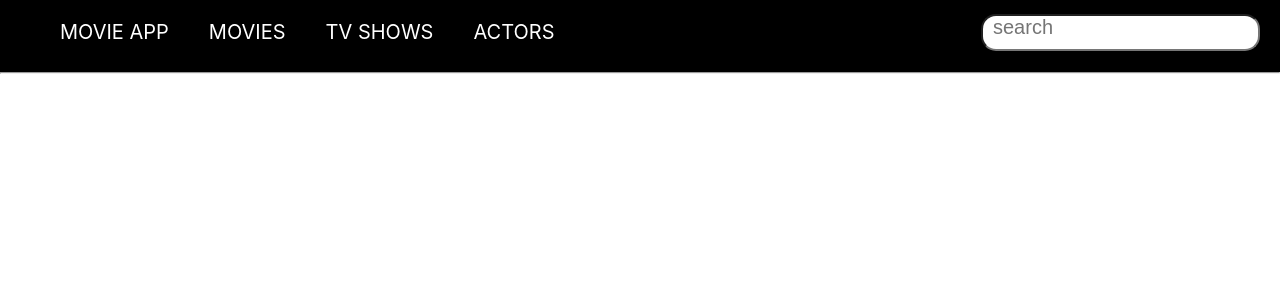
Repository: manahiang/MovieMana
Page: / (app in src/)
An editor plug-in stored every save of this project. The page is shown before and after the next save, followed by the edit.
The browser window is 1280 px wide. The pictures show the whole page.
The project was rebuilt for these pictures with package versions that can differ from the ones it lists, and the page was loaded fresh each time. Also part of the build but not shown: src/src/App.css.

Above is the page before, as saved 2022-11-14 10:52:10.

### src/src/index.css
body {
  margin: 0;
  font-family: -apple-system, BlinkMacSystemFont, 'Segoe UI', 'Roboto', 'Oxygen',
    'Ubuntu', 'Cantarell', 'Fira Sans', 'Droid Sans', 'Helvetica Neue',
    sans-serif;
  -webkit-font-smoothing: antialiased;
  -moz-osx-font-smoothing: grayscale;
  color: white;
}
.header{
  width: 100%;
  height: 100%;
  background-color: black;;
}
.navbar{
  display: flex;
  justify-content: space-between;
  font-size: 20px;
  text-transform: uppercase;
}
.menu ul li{
  display: inline;
  align-items: center;
  justify-content: center;
  padding: 20px;
}
.search{
  align-items: center;
  justify-content: center;
  display: flex;
  padding-right: 20px;
}
.search input{
  font-size: 20px;
  border-radius: 15px;
  padding-left: 20px;
  padding:0 0 10px 10px;

}
.menu ul li:hover a{
  color: yellow;
  cursor: pointer;
}

### src/src/App.js
//import logo from './logo.svg';
import './App.css';
import  MoiveMana from'./movieMana'

function App() {
  return (
  <MoiveMana/>
  );
}

export default App;

### src/src/movieMana.js
import './index.css'
function MoiveMana() {
    return (
        <div className="container">
            <div className="header">
                <div className="navbar">
                    <div className="menu">
                        <ul>
                            <li>Movie App</li>
                            <li><a hreft="#">Movies</a></li>
                            <li><a hreft="#">TV shows</a></li>
                            <li><a hreft="#">Actors</a></li>
                        </ul>
                    </div>
                    <div className="search">
                        <input type="text" placeholder="search" />
                    </div>
                </div>
                <hr />
            </div>
        </div>
    )
}
export default MoiveMana;

Loaded but not shown: src/public/index.html (common file); src/src/index.js (common file); src/src/reportWebVitals.js (common file)

After the next save:
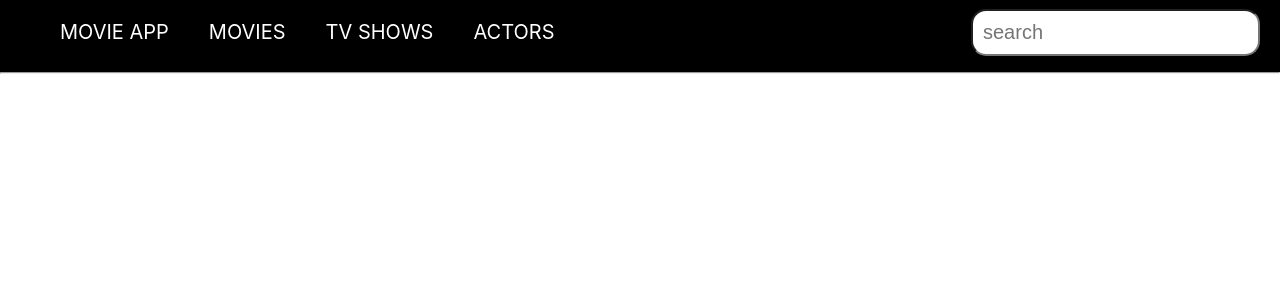
Saved 5 s later.
--- a/src/src/index.css
+++ b/src/src/index.css
@@ -34,7 +34,7 @@ body {
   font-size: 20px;
   border-radius: 15px;
   padding-left: 20px;
-  padding:0 0 10px 10px;
+  padding:10px 10px;
 
 }
 .menu ul li:hover a{
